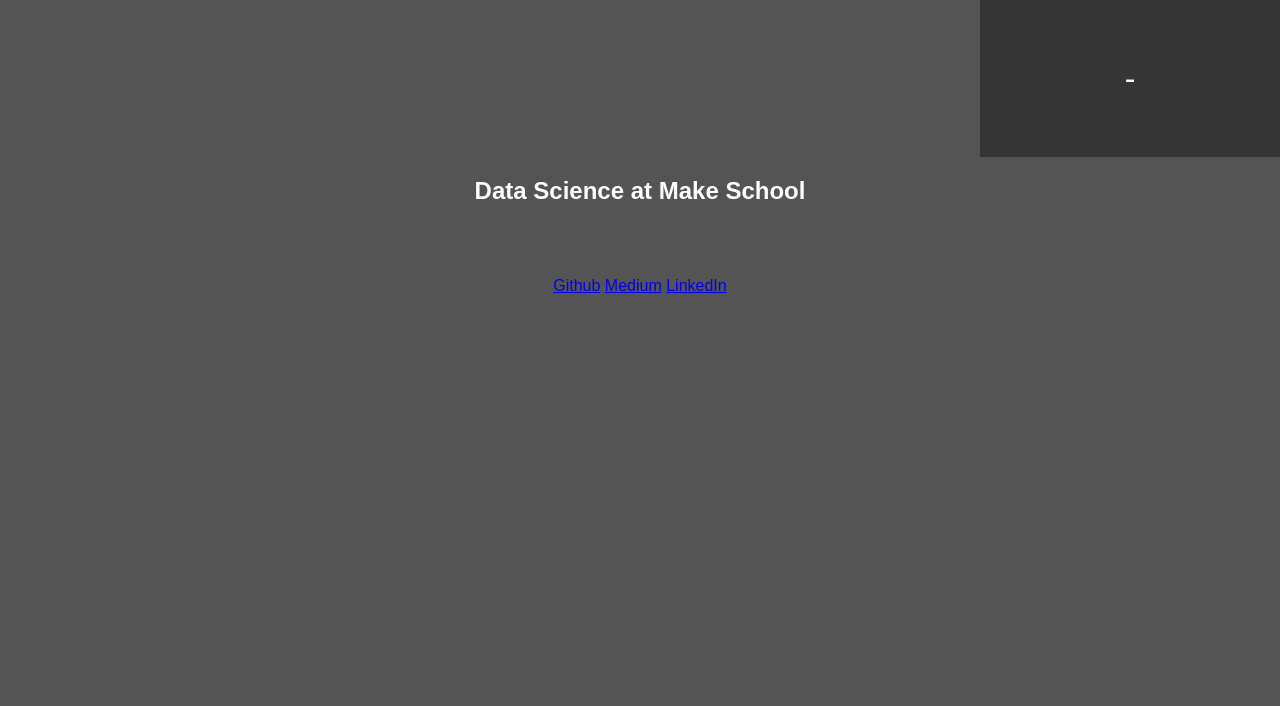
Repository: SamirIngley/html-semantic
Page: templates/index.html
The author's editor kept a copy of each file at every save. The page is drawn from the files as they stood at one save, then again after the next save.
The browser window is 1280 px wide. The pictures show the whole page.

Above is the page before, as saved 2020-01-30 10:49:44.

After the next save:
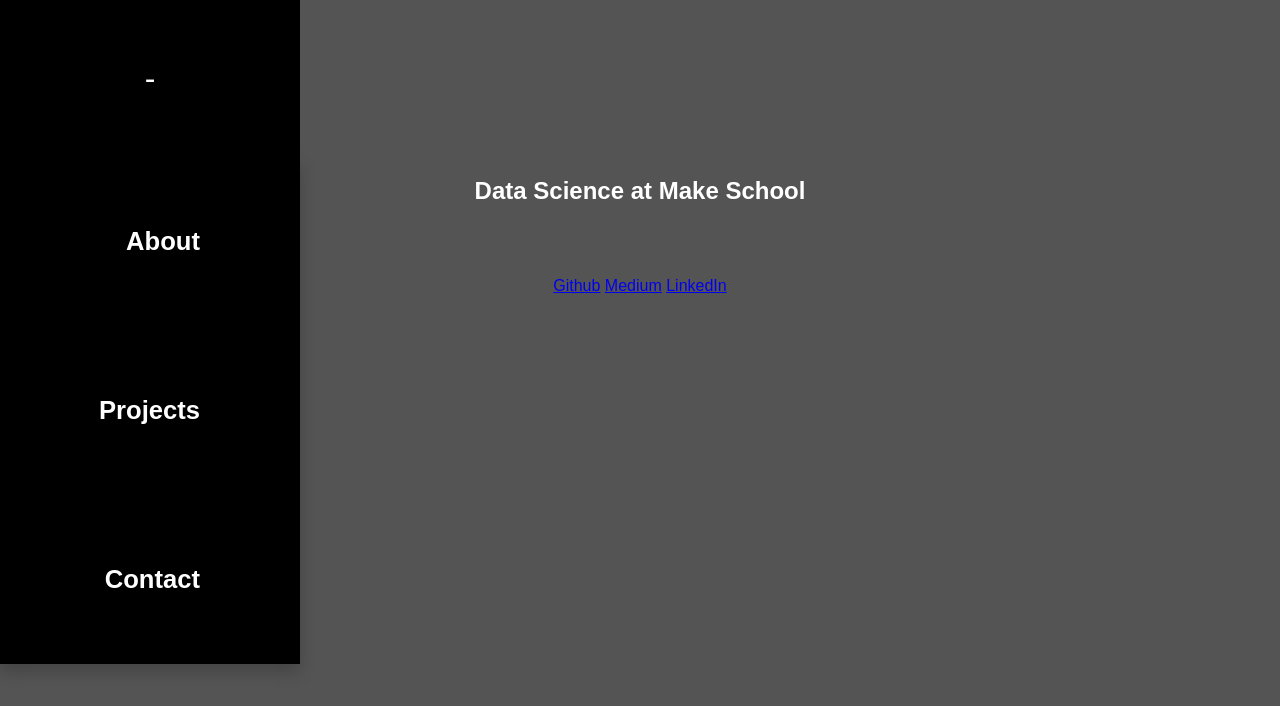
Saved 12 s later.
--- a/templates/CSS/style.css
+++ b/templates/CSS/style.css
@@ -34,11 +34,11 @@ nav a.active {
 }
 
 
-nav {
+/* nav {
     display: flex;
     justify-content: flex-end;
     list-style: none;
-}
+} */
 /*
 nav {
     padding: 1em;

After the save that followed:
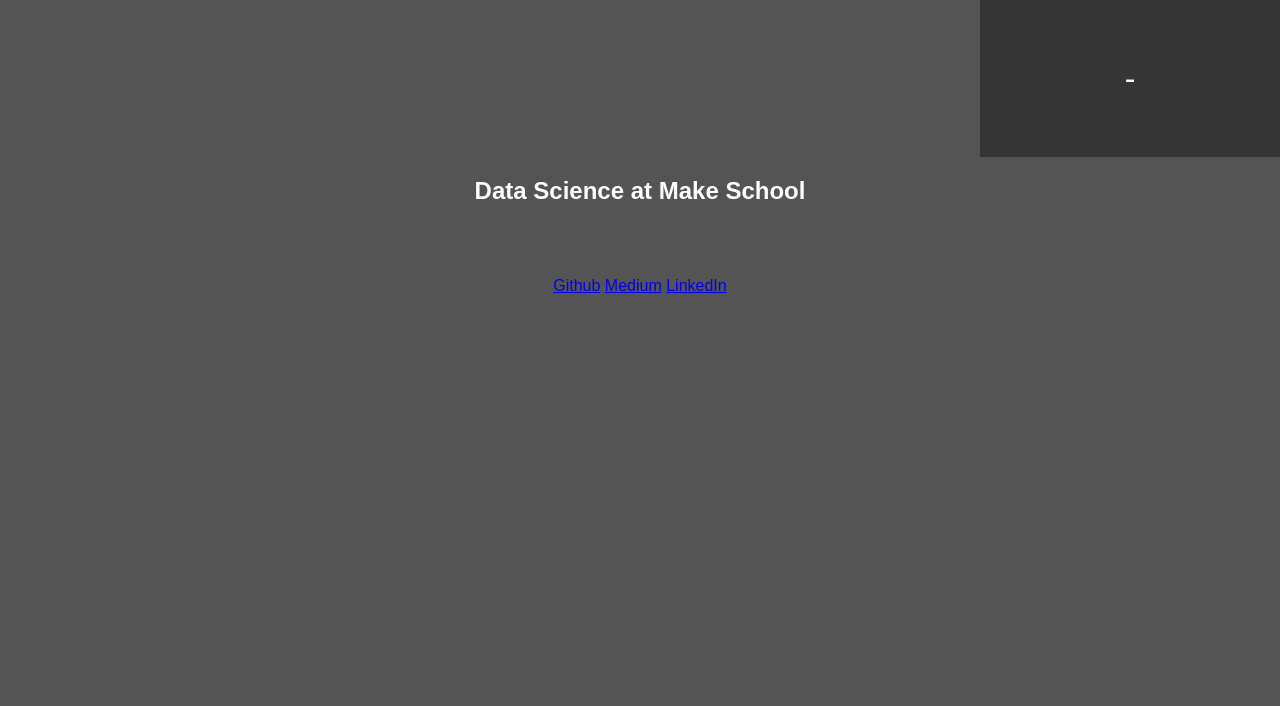
Saved 14 s later.
--- a/templates/CSS/style.css
+++ b/templates/CSS/style.css
@@ -34,11 +34,11 @@ nav a.active {
 }
 
 
-/* nav {
+nav {
     display: flex;
     justify-content: flex-end;
     list-style: none;
-} */
+}
 /*
 nav {
     padding: 1em;
